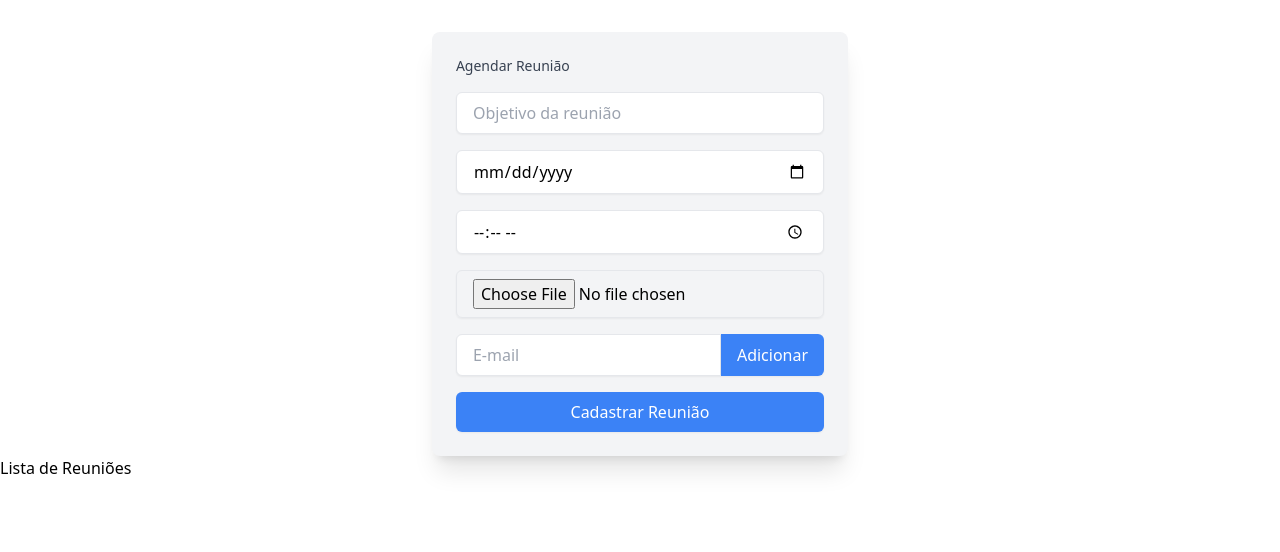
Repository: TamiBeira/meeting
Page: /
An editor plug-in stored every save of this project. The page is shown before and after the next save, followed by the edit.
The browser window is 1280 px wide. The pictures show the whole page.
The project was rebuilt for these pictures with package versions that can differ from the ones it lists, and the page was loaded fresh each time. Also part of the build but not shown: vite.config.ts.

Above is the page before, as saved 2024-02-26 17:30:16.

### index.html
<!doctype html>
<html lang="pt">
  <head>
    <meta charset="UTF-8" />
    <meta name="viewport" content="width=device-width, initial-scale=1.0" />
    <title>Meeting</title>
  </head>
  <body>
    <div id="root"></div>
    <script type="module" src="/src/main.tsx"></script>
  </body>
</html>

### src/app.tsx
import { FormProvider } from './contexts/FormContext';
import { Form } from './components/Form';
import { MeetingsView } from './components/MeetingsView';

export const App = () => {
  return (
    <FormProvider>
      <Form />
      <MeetingsView />
    </FormProvider>
  );
};

### src/contexts/FormContext.tsx
import { ReactNode, createContext, useContext, useState, ChangeEvent, FormEvent, Dispatch, SetStateAction } from "react";
import { toast } from 'react-toastify';
import 'react-toastify/dist/ReactToastify.css';

export interface MeetingContextDataProps {
  data: string;
  hora: string;
  imagem: string;
  title: string;
  emails: string[];
  emailInput: string;
  handleInputChange: (event: ChangeEvent<HTMLInputElement>, setterFunction: Dispatch<SetStateAction<string>>) => void;
  handleEmailInputChange: (event: ChangeEvent<HTMLInputElement>) => void;
  handleAddEmail: () => void;
  handleRemoveEmail: (index: number) => void;
  handleSubmit: (event: FormEvent<HTMLFormElement>) => void;
}

interface MeetingContextProviderProps {
  children: ReactNode;
}

const FormContext = createContext({} as MeetingContextDataProps);

export const useFormContext = () => {
  return useContext(FormContext);
};

export const FormProvider = ({ children }: MeetingContextProviderProps) => {
  const [data, setData] = useState('');
  const [hora, setHora] = useState('');
  const [imagem, setImagem] = useState('');
  const [title, setTitle] = useState('');
  const [emails, setEmails] = useState<string[]>([]);
  const [emailInput, setEmailInput] = useState('');

  const handleDataChange = (event: ChangeEvent<HTMLInputElement>) => {
    setData(event.target.value);
  };

  const handleImagemChange = (event: ChangeEvent<HTMLInputElement>) => {
    setImagem(event.target.value);
  };

  const handleTitleChange = (event: ChangeEvent<HTMLInputElement>) => {
    setTitle(event.target.value);
  };

  const handleHoraChange = (event: ChangeEvent<HTMLInputElement>) => {
    setHora(event.target.value);
  };

  const handleEmailInputChange = (event: ChangeEvent<HTMLInputElement>) => {
    setEmailInput(event.target.value);
  };

  const handleAddEmail = () => {
    setEmails([...emails, emailInput]);
    setEmailInput('');
  };

  const handleRemoveEmail = (index: number) => {
    const updatedEmails = [...emails];
    updatedEmails.splice(index, 1);
    setEmails(updatedEmails);
  };

  const handleSubmit = (event: FormEvent<HTMLFormElement>) => {
    event.preventDefault();

    const selectedDateTime = new Date(`${data}T${hora}`);
    const formattedDate = selectedDateTime.toLocaleDateString('pt-BR');
    const formattedTime = selectedDateTime.toLocaleTimeString('pt-BR', { hour: '2-digit', minute: '2-digit' });

    const existingData = localStorage.getItem('meetingData');
    let allMeetings: any[] = [];

    if (existingData) {
      allMeetings = JSON.parse(existingData);
    }

    const isDuplicate = allMeetings.some((meeting: any) => {
      const sameDateAndTime = meeting.data === formattedDate && meeting.hora === formattedTime;
      const sameEmails = meeting.emails.length === emails.length && meeting.emails.every((email: string) => emails.includes(email));
      return sameDateAndTime && sameEmails;
    });

    if (isDuplicate) {
      toast.error('Esta data, hora e lista de e-mails já estão sendo usadas por outra reunião.');
    } else {
      const meetingData = {
        title,
        data: formattedDate,
        hora: formattedTime,
        imagem,
        emails
      };

      allMeetings.push(meetingData);

      localStorage.setItem('meetingData', JSON.stringify(allMeetings));

      const emailText = `Detalhes da Reunião:
        Título: ${title}
        Data: ${formattedDate}
        Hora: ${formattedTime}
        ...`;
      emails.forEach((email) => {
        sendEmail(email, 'Detalhes da Reunião', emailText);
      });

      setData('');
      setHora('');
      setImagem('');
      setTitle('');
      setEmailInput('');
      setEmails([]);

      toast.success('Reunião cadastrada com sucesso e e-mails enviados!');
    }
  };

  return (
    <FormContext.Provider
      value={{
        data,
        hora,
        imagem,
        title,
        emails,
        emailInput,
        handleDataChange,
        handleImagemChange,
        handleTitleChange,
        handleHoraChange,
        handleEmailInputChange,
        handleAddEmail,
        handleRemoveEmail,
        handleSubmit,
      }}
    >
      {children}
    </FormContext.Provider>
  );
};

### src/components/Form.tsx
import { useFormContext } from "../contexts/FormContext";
import { ToastContainer } from 'react-toastify';

export const Form = () => {
  const {
    data,
    hora,
    imagem,
    title,
    emails,
    emailInput,
    handleDataChange,
    handleImagemChange,
    handleTitleChange,
    handleHoraChange,
    handleEmailInputChange,
    handleAddEmail,
    handleRemoveEmail,
    handleSubmit,
  } = useFormContext();

  return (
    <main className="flex justify-center mt-8">
      <div className="mx-auto max-w-md p-6 bg-gray-100 rounded-lg shadow-xl">
        <form onSubmit={handleSubmit} className="space-y-4">
          <label htmlFor="reuniao" className="block text-sm font-medium text-gray-700">Agendar Reunião</label>
          <input
            type="text"
            placeholder="Objetivo da reunião"
            id="reuniao"
            value={title}
            onChange={handleTitleChange}
            className="block w-full px-4 py-2 border rounded-md shadow-sm focus:outline-none focus:ring-blue-500 focus:border-blue-500"
          />
          <input
            type="date"
            name="data"
            id="data"
            value={data}
            onChange={handleDataChange}
            className="block w-full px-4 py-2 border rounded-md shadow-sm focus:outline-none focus:ring-blue-500 focus:border-blue-500"
          />
          <input
            type="time"
            name="hora"
            id="hora"
            value={hora}
            onChange={handleHoraChange}
            className="block w-full px-4 py-2 border rounded-md shadow-sm focus:outline-none focus:ring-blue-500 focus:border-blue-500"
          />
          <input
            type="file"
            name="imagem"
            id="imagem"
            value={imagem}
            onChange={handleImagemChange}
            className="block w-full px-4 py-2 border rounded-md shadow-sm focus:outline-none focus:ring-blue-500 focus:border-blue-500"
          />
          <div className="flex">
            <input
              type="text"
              placeholder="E-mail"
              value={emailInput}
              onChange={handleEmailInputChange}
              className="block flex-1 w-full px-4 py-2 border rounded-l-md shadow-sm focus:outline-none focus:ring-blue-500 focus:border-blue-500"
            />
            <button
              type="button"
              onClick={handleAddEmail}
              className="px-4 py-2 bg-blue-500 text-white rounded-r-md shadow-sm hover:bg-blue-600 focus:outline-none focus:ring-blue-500 focus:border-blue-500"
            >
              Adicionar
            </button>
          </div>
          <div>
            {emails.map((email, index) => (
              <div key={index} className="flex items-center">
                <div>{email}</div>
                <button
                  type="button"
                  onClick={() => handleRemoveEmail(index)}
                  className="ml-2 text-red-500"
                >
                  Remover
                </button>
              </div>
            ))}
          </div>
          <button
            type="submit"
            className="block w-full px-4 py-2 bg-blue-500 text-white rounded-md shadow-sm hover:bg-blue-600 focus:outline-none focus:ring-blue-500 focus:border-blue-500"
          >
            Cadastrar Reunião
          </button>
        </form>
        <ToastContainer />
      </div>
    </main>
  );
};

### src/components/MeetingsView.tsx
import React, { useState, useEffect } from 'react';

export const MeetingsView = () => {
  const [meetings, setMeetings] = useState([]);

  useEffect(() => {
    const storedMeetings = localStorage.getItem('meetingData');
    if (storedMeetings) {
      setMeetings(JSON.parse(storedMeetings));
    }
  }, []);

  const handleEdit = (index) => {
    // Implemente a lógica para edição do evento com base no índice
    console.log('Editar evento:', meetings[index]);
  };

  const handleDelete = (index) => {
    // Implemente a lógica para exclusão do evento com base no índice
    console.log('Excluir evento:', meetings[index]);
  };

  return (
    <div>
      <h2>Lista de Reuniões</h2>
      <ul>
        {meetings.map((meeting, index) => (
          <li key={index}>
            <strong>Título:</strong> {meeting.title}<br />
            <strong>Data:</strong> {meeting.data}<br />
            <strong>Hora:</strong> {meeting.hora}<br />
            <strong>Imagem:</strong> {meeting.imagem}<br />
            <strong>E-mails:</strong> {meeting.emails.join(', ')}<br />
            <button onClick={() => handleEdit(index)}>Editar</button>
            <button onClick={() => handleDelete(index)}>Excluir</button>
          </li>
        ))}
      </ul>
    </div>
  );
};

### tailwind.config.js
/** @type {import('tailwindcss').Config} */
export default {
  content: [
    "./index.html",
    "./src/**/*.tsx",
  ],
  theme: {
    extend: {},
  },
  plugins: [],
}

Loaded but not shown: src/main.tsx (common file); src/index.css (common file)

After the next save:
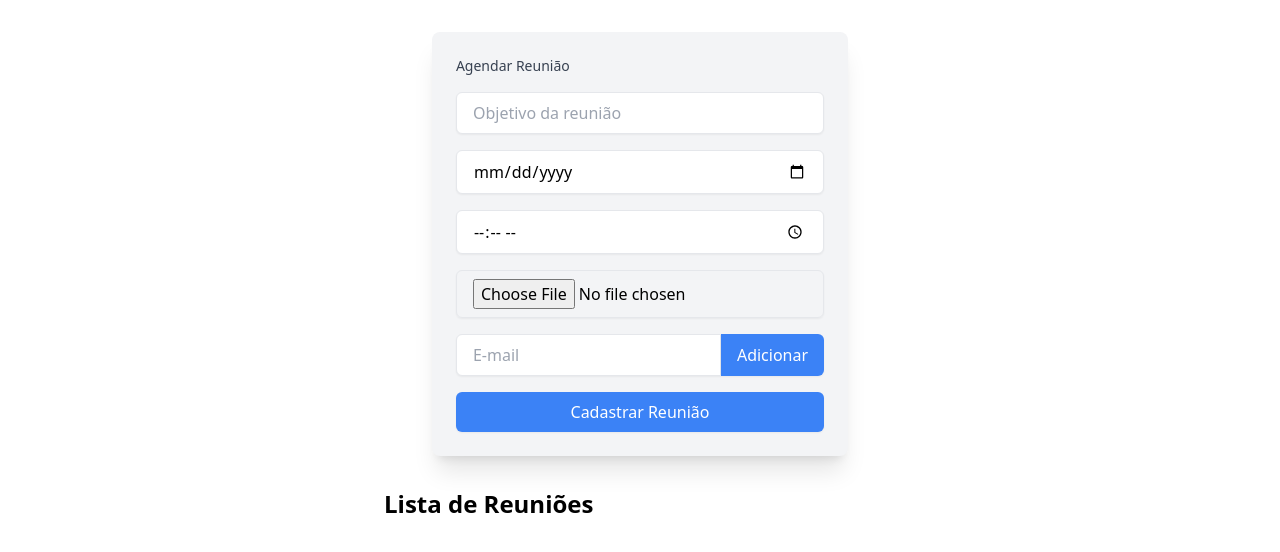
Saved 86 s later.
--- a/src/components/MeetingsView.tsx
+++ b/src/components/MeetingsView.tsx
@@ -21,18 +21,40 @@ export const MeetingsView = () => {
   };
 
   return (
-    <div>
-      <h2>Lista de Reuniões</h2>
+    <div className="max-w-lg mx-auto mt-8">
+      <h2 className="text-2xl font-bold mb-4">Lista de Reuniões</h2>
       <ul>
         {meetings.map((meeting, index) => (
-          <li key={index}>
-            <strong>Título:</strong> {meeting.title}<br />
-            <strong>Data:</strong> {meeting.data}<br />
-            <strong>Hora:</strong> {meeting.hora}<br />
-            <strong>Imagem:</strong> {meeting.imagem}<br />
-            <strong>E-mails:</strong> {meeting.emails.join(', ')}<br />
-            <button onClick={() => handleEdit(index)}>Editar</button>
-            <button onClick={() => handleDelete(index)}>Excluir</button>
+          <li key={index} className="border-b border-gray-200 py-4">
+            <div>
+              <strong>Título:</strong> {meeting.title}
+            </div>
+            <div>
+              <strong>Data:</strong> {meeting.data}
+            </div>
+            <div>
+              <strong>Hora:</strong> {meeting.hora}
+            </div>
+            <div>
+              <strong>Imagem:</strong> {meeting.imagem}
+            </div>
+            <div>
+              <strong>E-mails:</strong> {meeting.emails.join(', ')}
+            </div>
+            <div className="mt-4">
+              <button
+                onClick={() => handleEdit(index)}
+                className="bg-blue-500 hover:bg-blue-700 text-white font-bold py-2 px-4 mr-2 rounded"
+              >
+                Editar
+              </button>
+              <button
+                onClick={() => handleDelete(index)}
+                className="bg-red-500 hover:bg-red-700 text-white font-bold py-2 px-4 rounded"
+              >
+                Excluir
+              </button>
+            </div>
           </li>
         ))}
       </ul>
